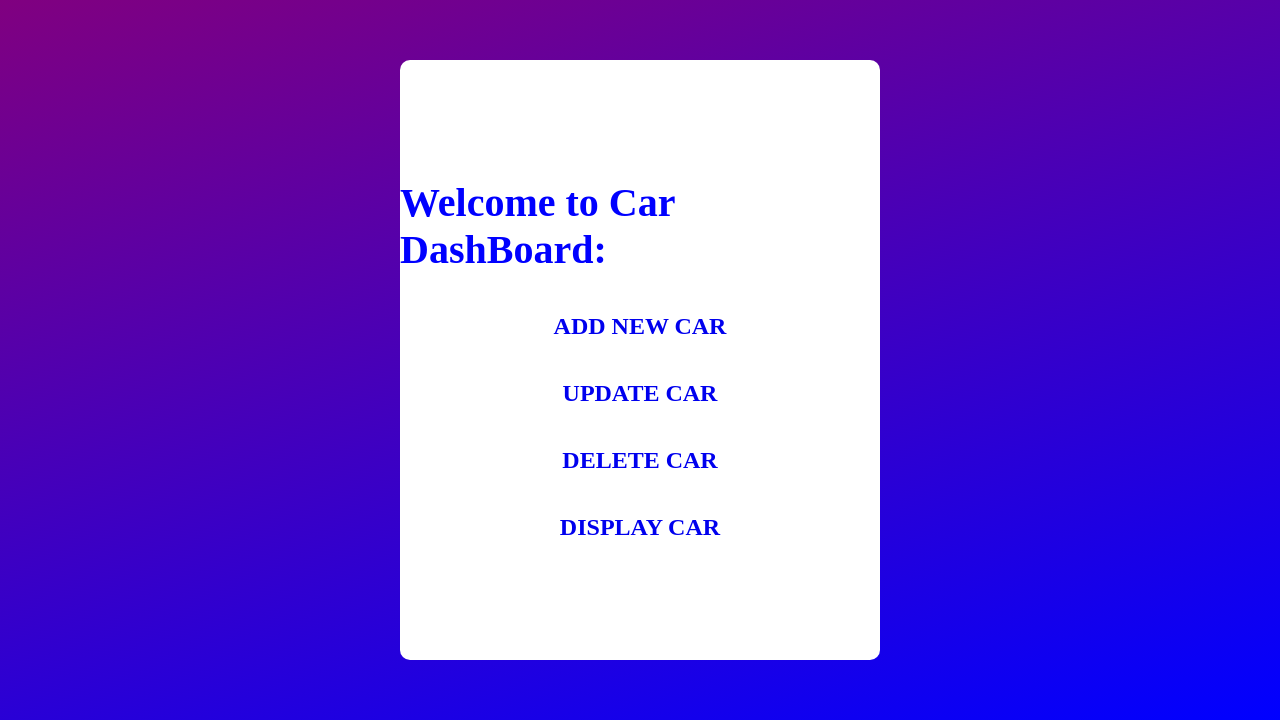
Repository: Dhirajkumar02/Advance-Java--J2EE-
Page: ServletProjecct_CarDB/src/main/webapp/index.html
An editor plug-in stored every save of this project. The page is shown before and after the next save, followed by the edit.
The browser window is 1280 px wide. The pictures show the whole page.

Above is the page before, as saved 2024-11-14 15:40:58.

### ServletProjecct_CarDB/src/main/webapp/index.html
<!DOCTYPE html>
<html>
<head>
<meta charset="UTF-8">
<title>Insert title here</title>
<style>
*{
box-sizing: border-box;
margin: 0;
padding: 0;
}
body{
height: 100vh;
display: flex;
justify-content: center;
align-items: center;
background: linear-gradient(165deg, purple, blue);
}
div{
/* border: 2px solid black;
*/
height: 600px;
width: 480px;
background: white;
display: flex;
justify-content: center;
align-items: center;
flex-direction: column;
gap:40px;
border-radius: 10px;
}

h1{
font-size:40px;
color: blue;
}

a{
text-decoration: none;

}
</style>
</head>
<body>
<div>
<h1>Welcome to Car DashBoard:</h1>
<h2>
<a href="AddCar.html">ADD NEW CAR</a>
</h2>

<h2>
<a href="UpdateCar.html">UPDATE CAR</a>
</h2>

<h2>
<a href="DeleteCar.html">DELETE CAR</a>
</h2>

<h2>
<a href="DisplayCar.html">DISPLAY CAR</a>
</h2>
</div>
</body>
</html>

After the next save:
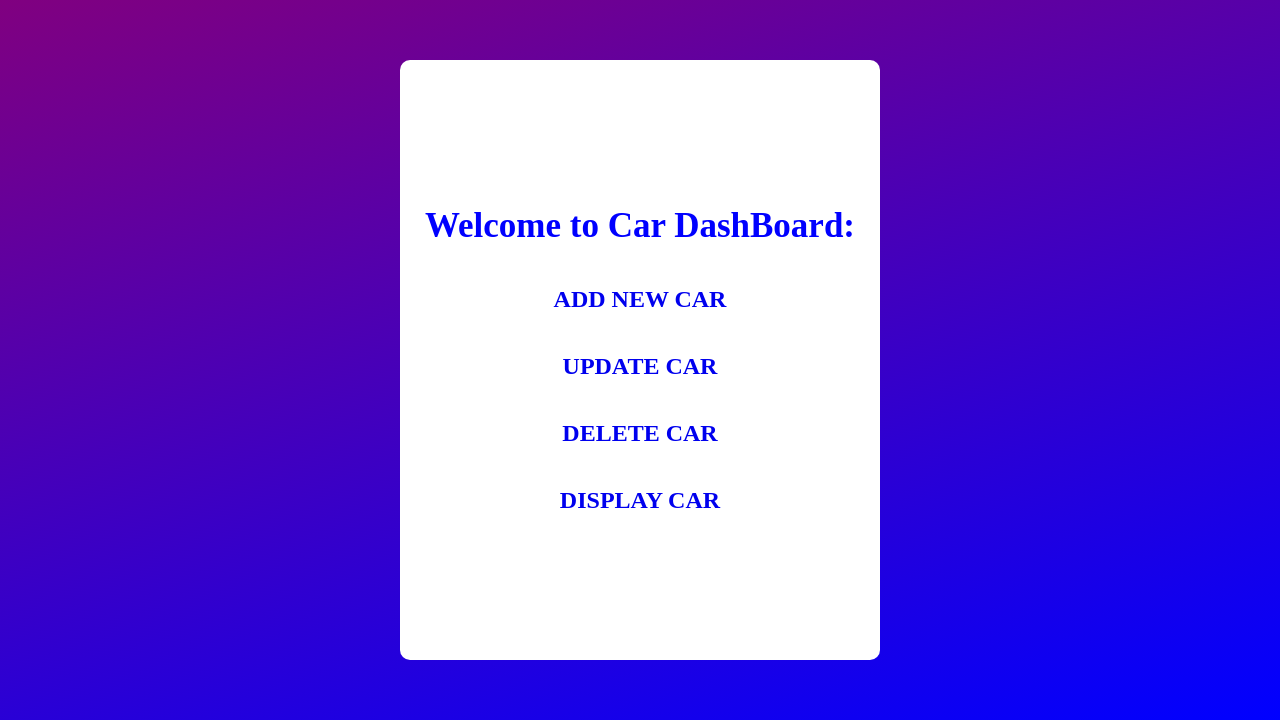
Saved 14 s later.
--- a/ServletProjecct_CarDB/src/main/webapp/index.html
+++ b/ServletProjecct_CarDB/src/main/webapp/index.html
@@ -31,7 +31,7 @@ border-radius: 10px;
 }
 
 h1{
-font-size:40px;
+font-size:35px;
 color: blue;
 }
 
